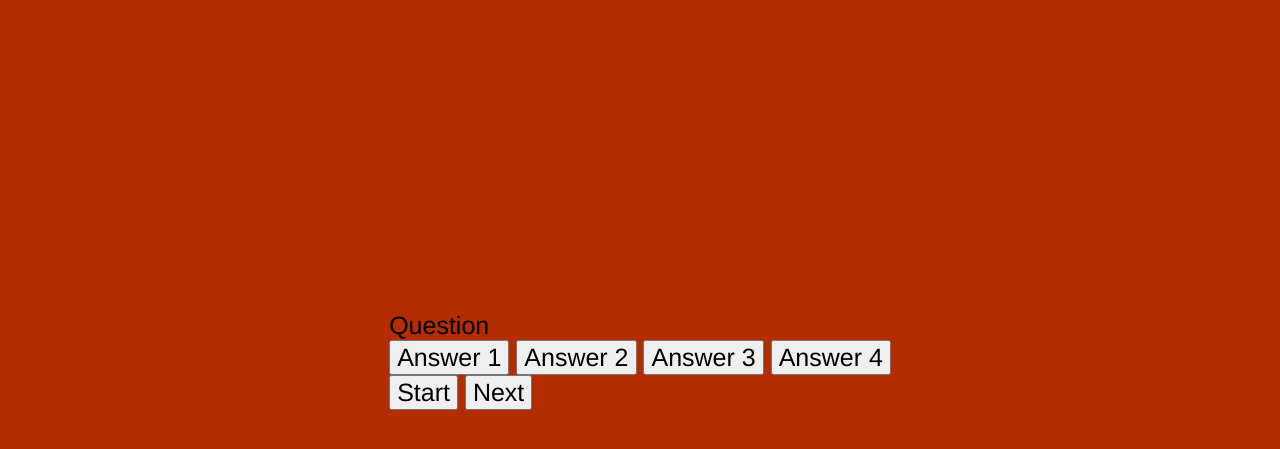
Repository: Vshepard879/Code-Quiz
Page: index.html
An editor plug-in stored every save of this project. The page is shown before and after the next save, followed by the edit.
The browser window is 1280 px wide. The pictures show the whole page.

Above is the page before, as saved 2022-03-18 01:50:13.

After the next save:
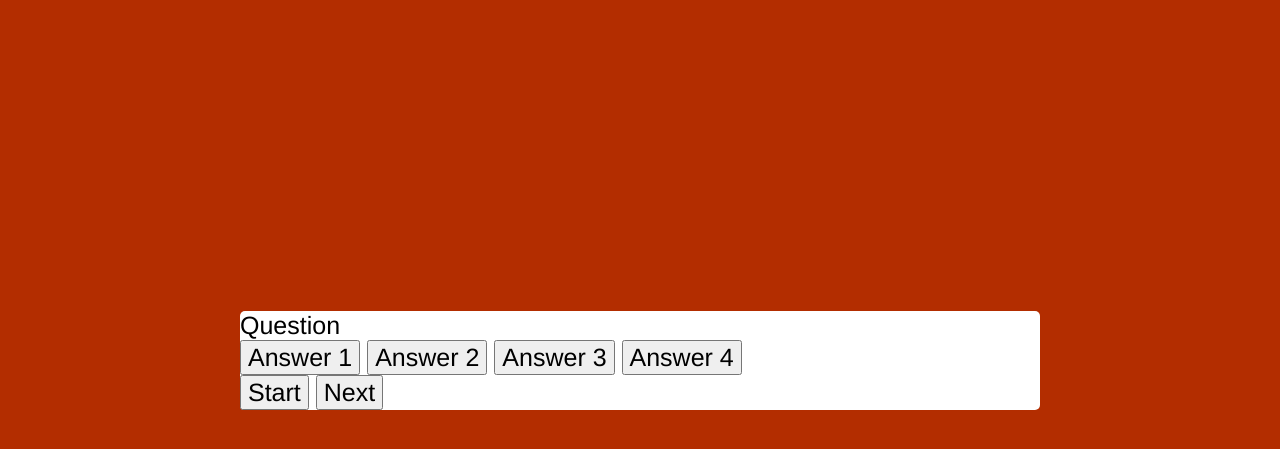
Saved 3 min 34 s later.
--- a/assets/css/style.css
+++ b/assets/css/style.css
@@ -30,3 +30,10 @@ body.correct {
 body.wrong {
     --hue: var(--hue-wrong);
 }
+
+.container {
+    width: 800px;
+    max-width: 80%;
+    background-color: white;
+    border-radius: 5px;
+}
